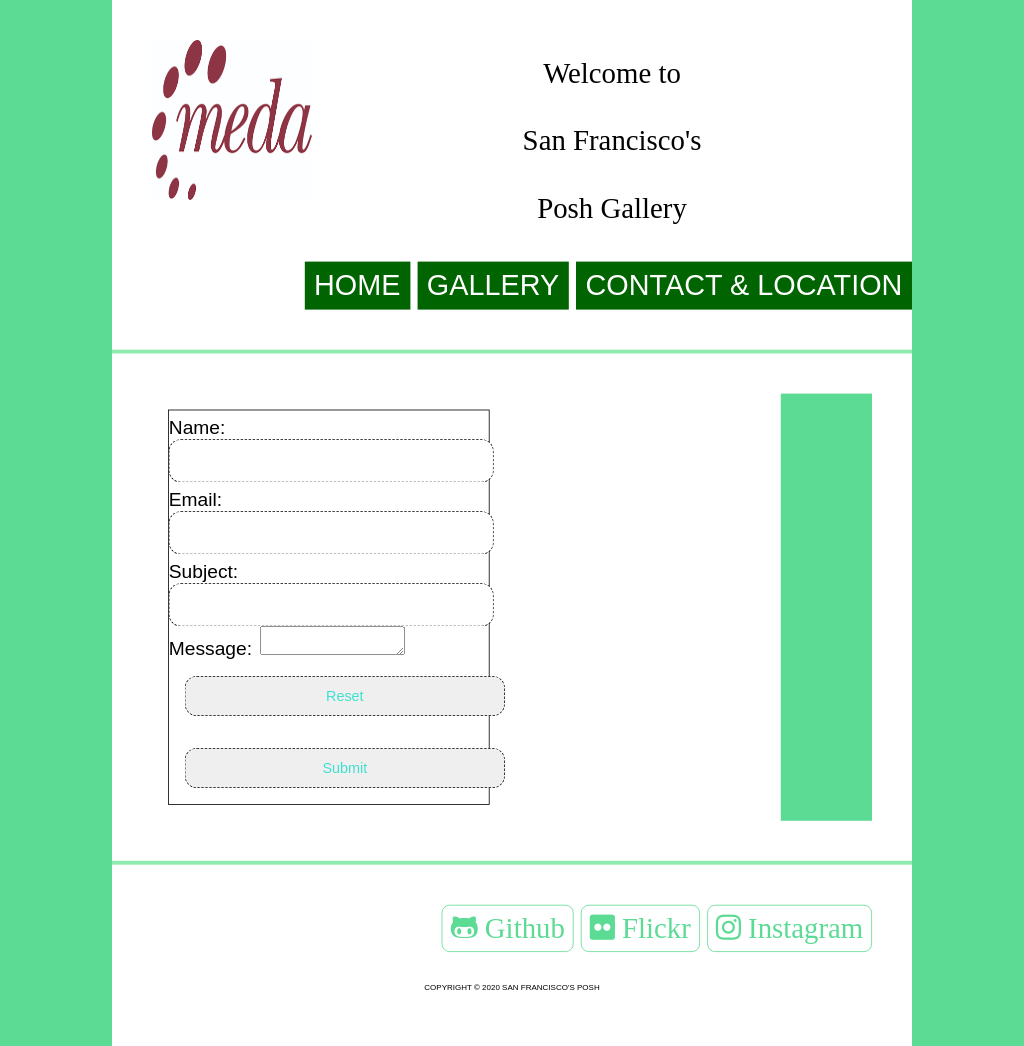
Repository: seleniadelgado/meda-spring2020-angie
Page: practice/html/week_4/multipage-css/contact.html
An editor plug-in stored every save of this project. The page is shown before and after the next save, followed by the edit.
The browser window is 1280 px wide. The pictures show the whole page, at 80% of full size.

Above is the page before, as saved 2020-02-13 10:55:18.

After the next save:
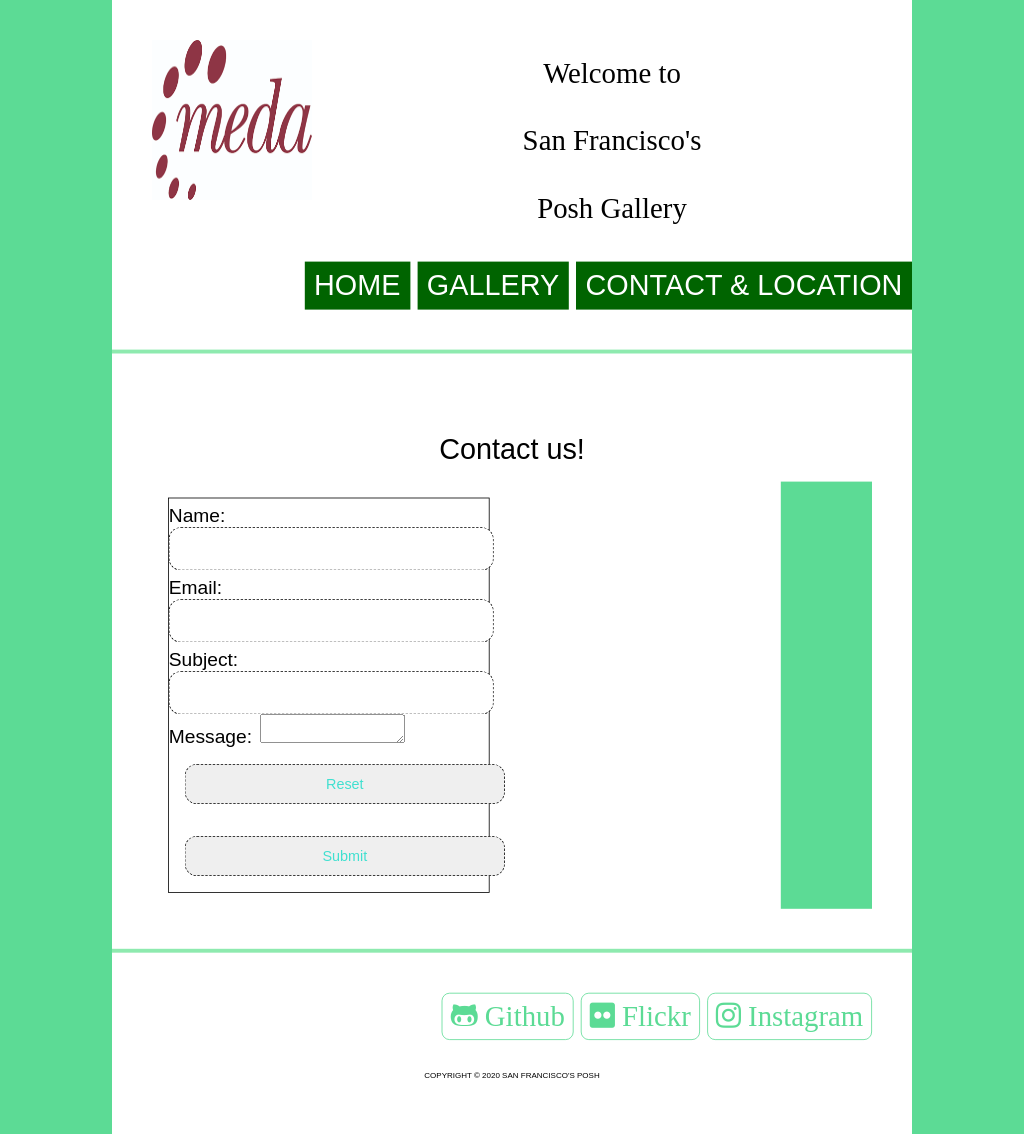
Saved 85 s later.
--- a/practice/html/week_4/multipage-css/contact.html
+++ b/practice/html/week_4/multipage-css/contact.html
@@ -27,6 +27,7 @@
     </header>
 
     <main id="contact">
+        <h1>Contact us!</h1>
         <div id="contact-flexbox">
             <!--div:first-child selects the following: -->
             <div>
